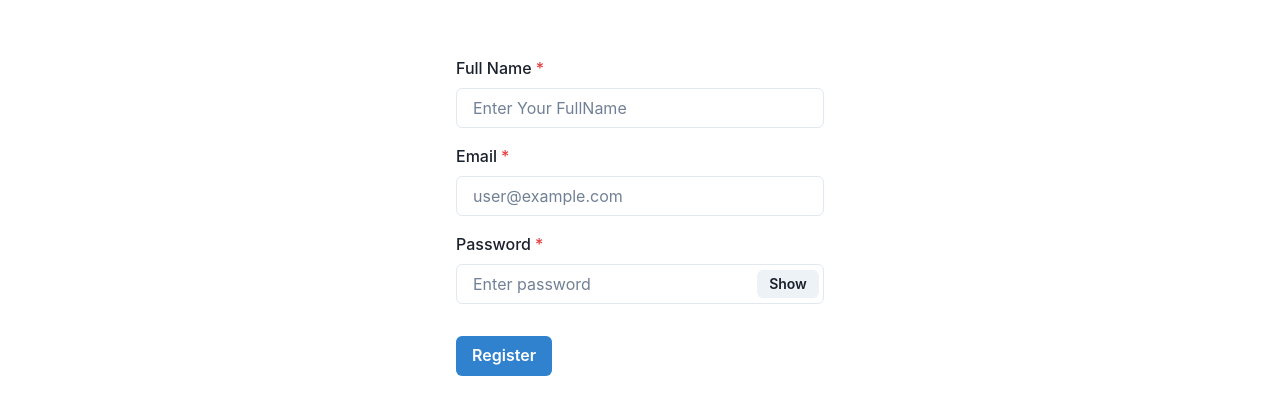
Repository: Abhi2359/chakra_form_validation
Page: / (app in reg_form/)
These files come from the project's save history. The page is drawn as it stood at one moment and after a run of saves; the edit follows.
The browser window is 1280 px wide. The pictures show the whole page.
The project was rebuilt for these pictures with package versions that can differ from the ones it lists, and the page was loaded fresh each time. Also part of the build but not shown: reg_form/vite.config.js.

Above is the page before, as saved 2023-08-11 16:50:05.

After the next 4 saves:
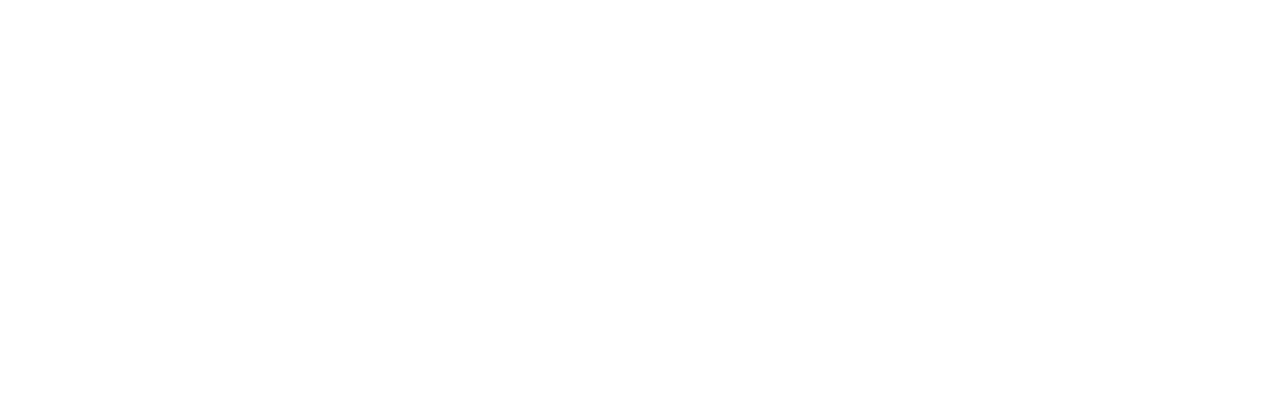
Console error: ReferenceError: handleShowPasswordChange is not defined
The 4 saves are shown as one change because they came seconds apart.
The last was saved 14 s later.
--- a/reg_form/src/RegisterationForm.jsx
+++ b/reg_form/src/RegisterationForm.jsx
@@ -82,7 +82,7 @@
         pr='4.5rem'
         type={showPassword ? 'text' : 'password'}
         placeholder='Enter password'
-        onChange={handleShowPassword}
+        onChange={handleShowPasswordChange}
       />
       <InputRightElement width='4.5rem'>
         <Button h='1.75rem' size='sm' onClick={handleShowPassword}>

After the save that followed:
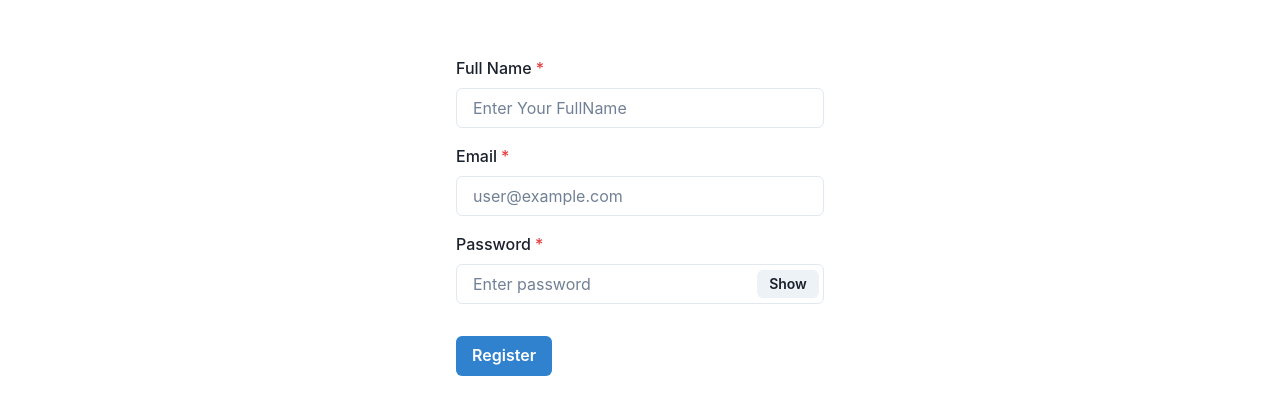
The error is gone.
Saved 4 s later.
--- a/reg_form/src/RegisterationForm.jsx
+++ b/reg_form/src/RegisterationForm.jsx
@@ -82,7 +82,7 @@
         pr='4.5rem'
         type={showPassword ? 'text' : 'password'}
         placeholder='Enter password'
-        onChange={handleShowPasswordChange}
+        onChange={handlePasswordChange}
       />
       <InputRightElement width='4.5rem'>
         <Button h='1.75rem' size='sm' onClick={handleShowPassword}>
